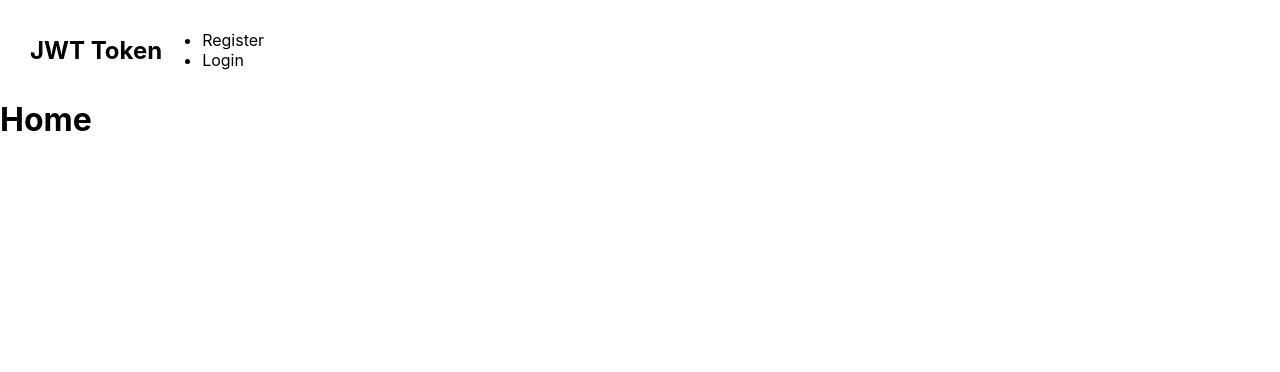
Repository: Prafullkuma/jwttoken
Page: /
These files come from the project's save history. The page is drawn as it stood at one moment and after the next save; the edit follows.
The browser window is 1280 px wide. The pictures show the whole page.
The project was rebuilt for these pictures with package versions that can differ from the ones it lists, and the page was loaded fresh each time. Also part of the build but not shown: src/App.css, src/component/Auth/Signup.js, src/component/Auth/Signin.js, src/component/User/User.js, src/component/Admin/Dashboard.js.

Above is the page before, as saved 2020-08-22 21:00:03.

After the next save:
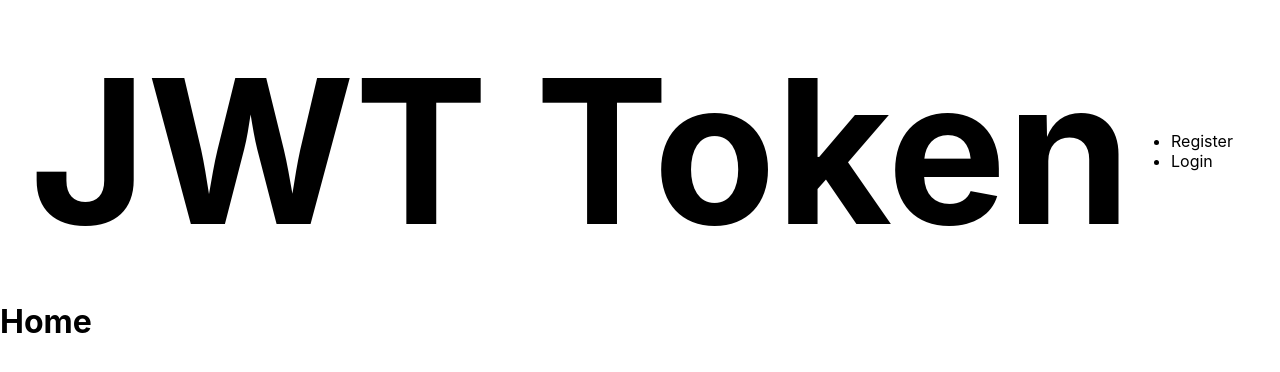
Saved 8 s later.
--- a/src/component/Navbar.css
+++ b/src/component/Navbar.css
@@ -4,7 +4,7 @@ align-items: center;
 padding: 30px;
 }
 .Nav h1{
-
+    font-size: 200px;
 }
 .Nav a{
     text-decoration: none;
